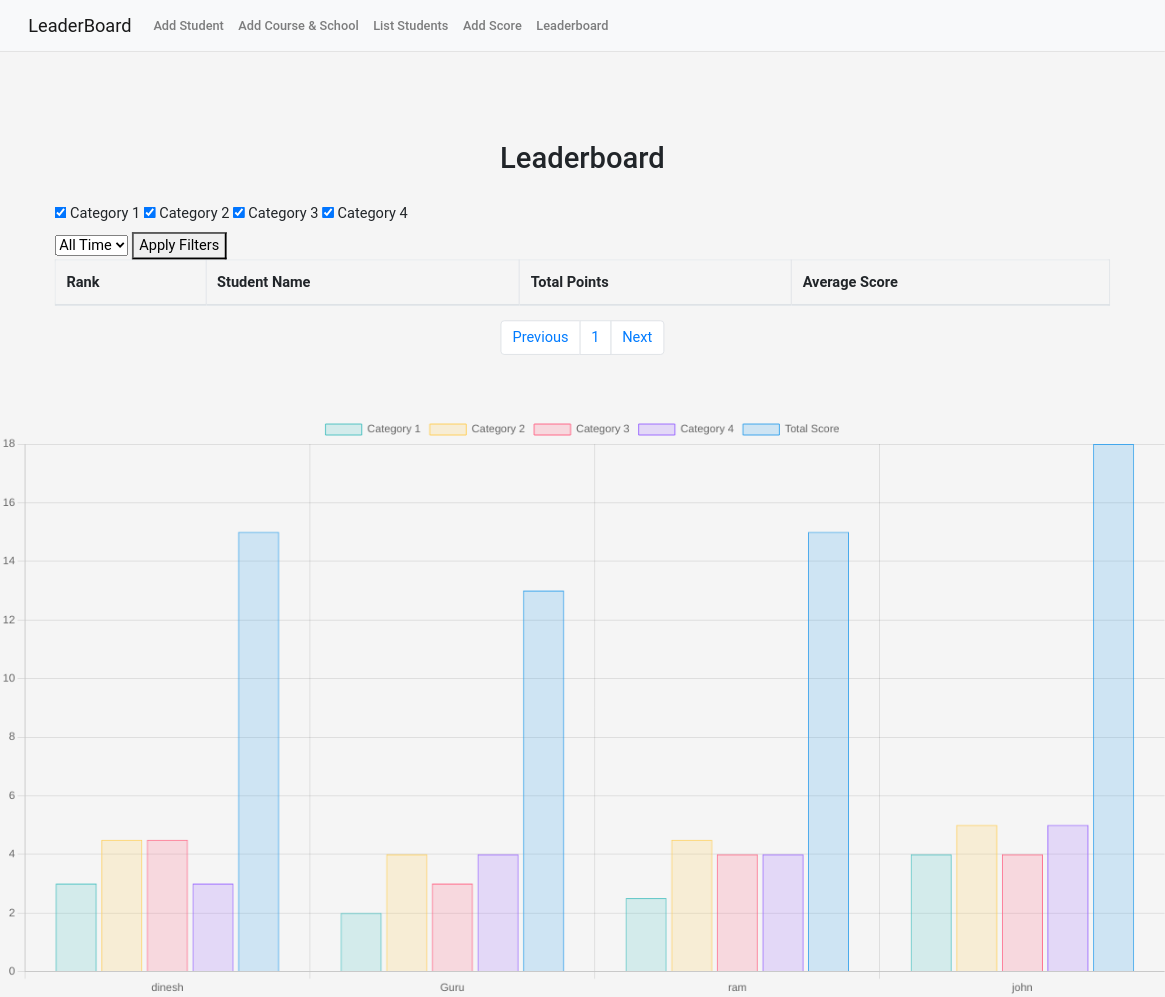
Repository: bigbodhiacademy/gBoard
Page: http://localhost/leaderboard.php?page=0
An editor plug-in stored every save of this project. The page is shown before and after the next save, followed by the edit.
The browser window is 1280 px wide. The pictures show the whole page, at 91% of full size.
The page is run by PHP 8.4 with error messages shown; the project is at /var/www/html/. The database holds what the project's SQL file puts in it.

Above is the page before, as saved 2023-04-22 18:54:49.
Not found: scripts.js

After the next save:
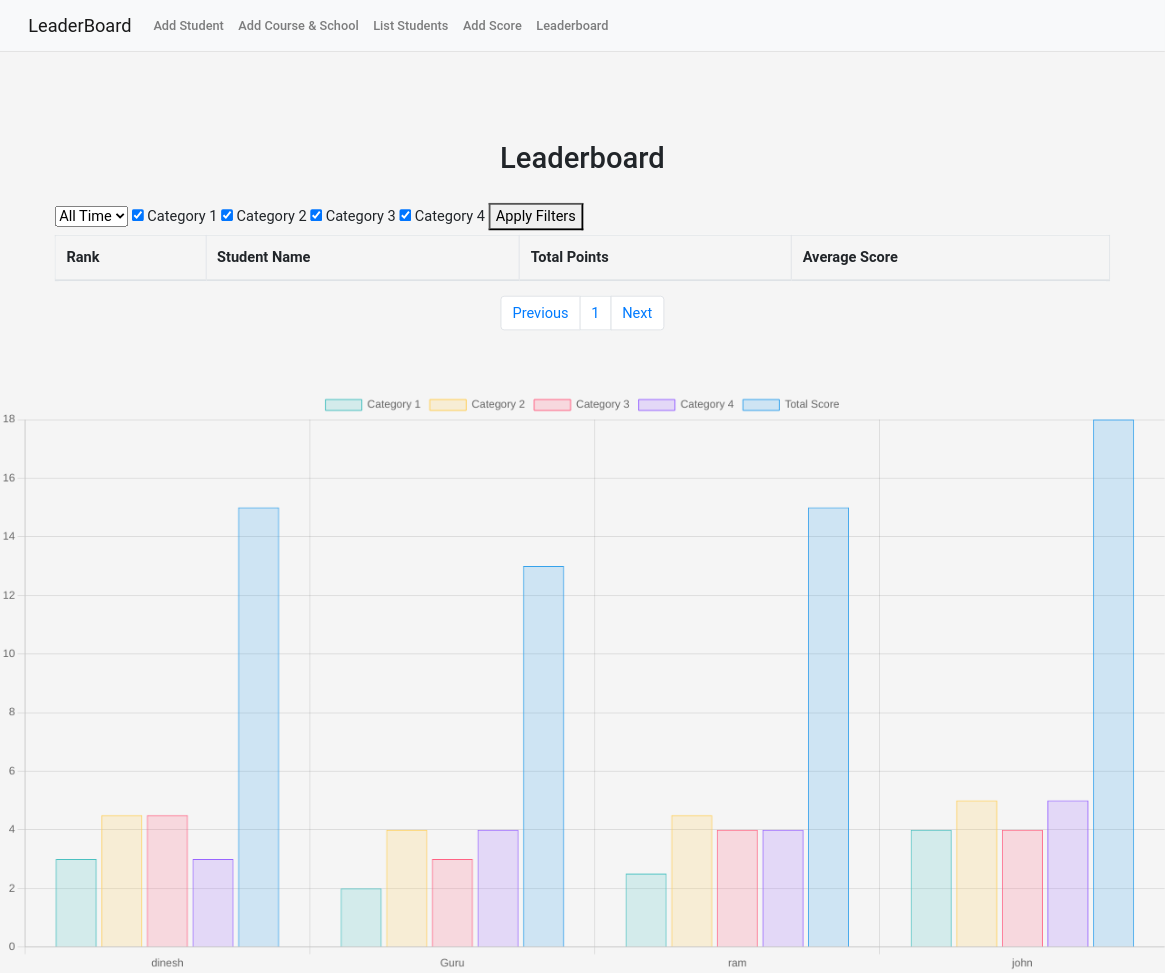
Saved 34 s later.
--- a/leaderboard.php
+++ b/leaderboard.php
@@ -13,19 +13,6 @@
 <h2 class="text-center">Leaderboard</h2>
 
 <form id="leaderboardFilterForm">
- <label>
-    <input type="checkbox" name="categories[]" value="category1" checked> Category 1
-  </label>
-  <label>
-    <input type="checkbox" name="categories[]" value="category2" checked> Category 2
-  </label>
-  <label>
-    <input type="checkbox" name="categories[]" value="category3" checked> Category 3
-  </label>
-  <label>
-    <input type="checkbox" name="categories[]" value="category4" checked> Category 4
-  </label>
-  <br/>
 
   <select name="interval" id="leaderboardInterval">
     <option value="all">All Time</option>
@@ -48,6 +35,19 @@
   </select>
   <input type="number" name="year" id="leaderboardYear" min="1900" max="2099" step="1" value="2023" style="display:none;">
 
+  <label>
+    <input type="checkbox" name="categories[]" value="category1" checked> Category 1
+  </label>
+  <label>
+    <input type="checkbox" name="categories[]" value="category2" checked> Category 2
+  </label>
+  <label>
+    <input type="checkbox" name="categories[]" value="category3" checked> Category 3
+  </label>
+  <label>
+    <input type="checkbox" name="categories[]" value="category4" checked> Category 4
+  </label>
+
   <button type="submit">Apply Filters</button>
 </form>
 
